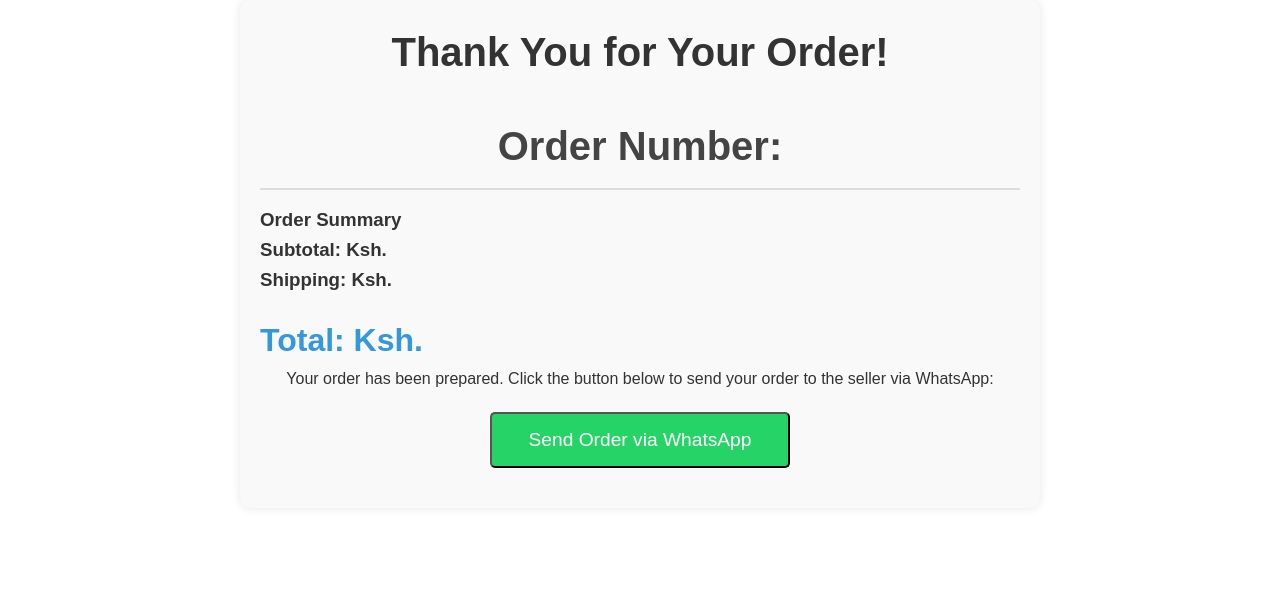
Repository: mrPractise/Elma-Shop
Page: templates/thankyou.html
These files come from the project's save history. The page is drawn as it stood at one moment and after the next save; the edit follows.
The browser window is 1280 px wide. The pictures show the whole page.
Some web fonts or font styles are not loaded; a fallback is used. The page is served by the project's application, run on Django 5.2 (manage.py). The template is opened directly, without the code that normally fills it, so the values that code supplies are empty.

Above is the page before, as saved 2024-09-29 17:33:06.

After the next save:
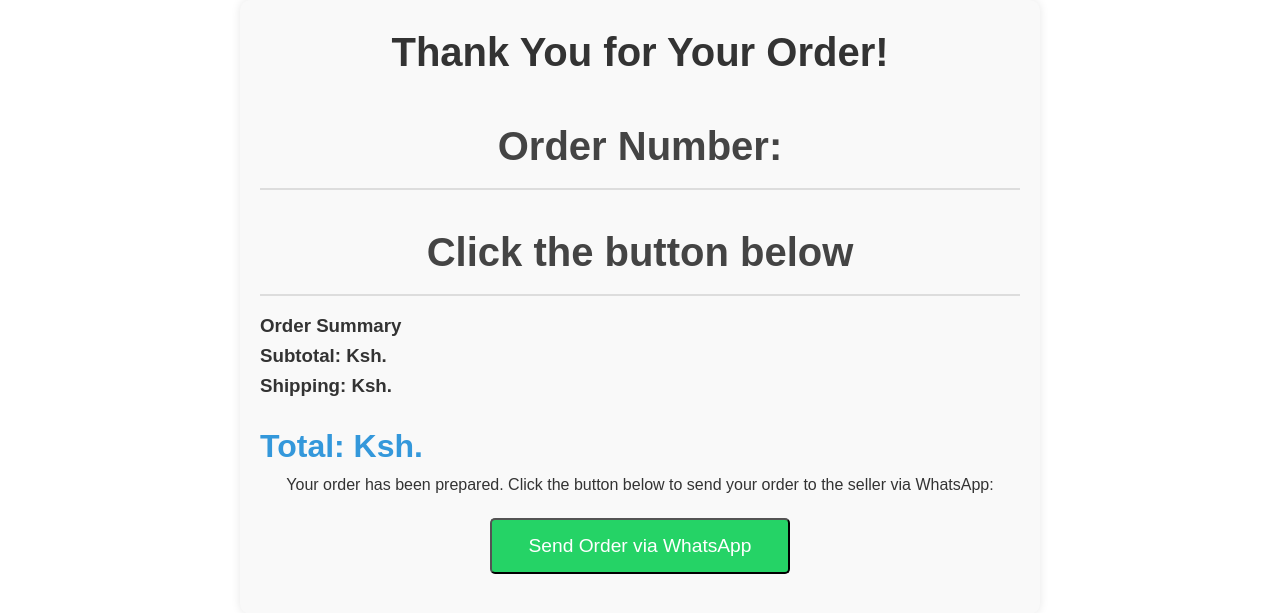
Saved 34 s later.
--- a/templates/thankyou.html
+++ b/templates/thankyou.html
@@ -6,7 +6,7 @@
 <div class="thankyou-container">
     <h1>Thank You for Your Order!</h1>
     <h2>Order Number: {{ order.order_number }}</h2>
-
+ <h2>Click the button below</h2>
     <h3>Order Summary</h3>
     {% for item in order.items %}
         <div class="thankyou-order-item">
